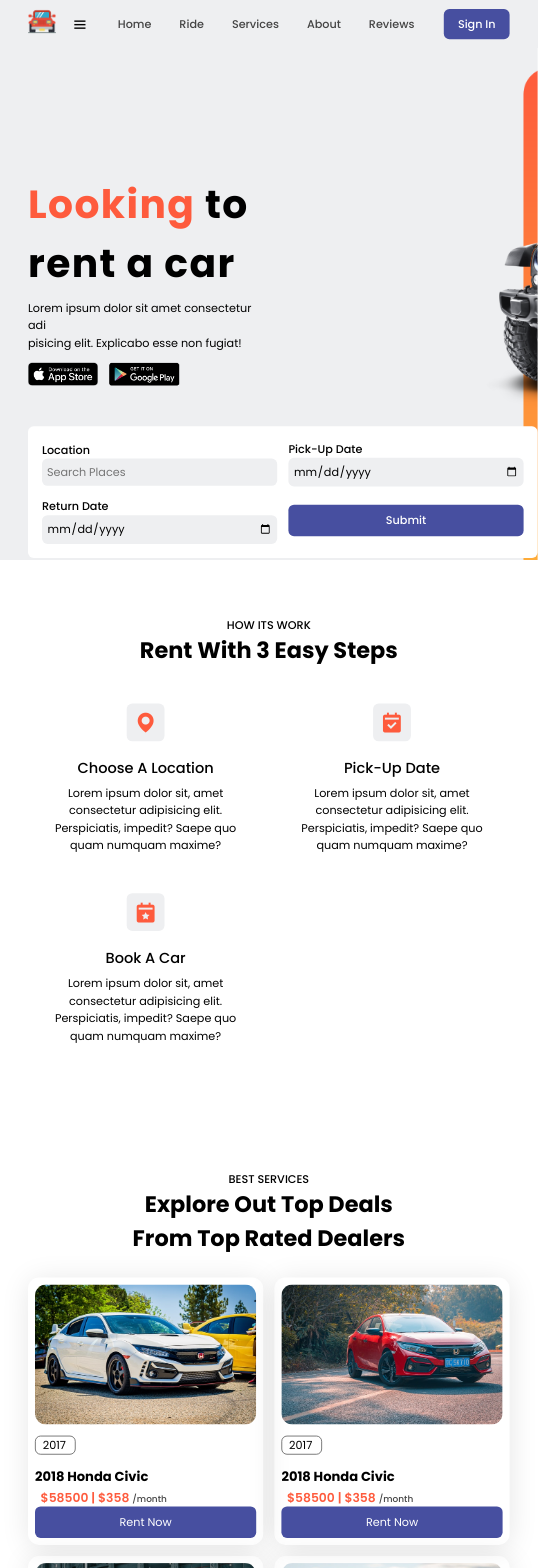
Repository: douglasabnovato/car-rental
Page: index.html
The author's editor kept a copy of each file at every save. The page is drawn from the files as they stood at one save, then again after the next save.
The browser window is 768 px wide. The pictures show the part of the page from y = 0 to 2240 px (the page is 4778 px tall), at 70% of full size.

Above is the page before, as saved 2025-05-16 21:33:40.

### index.html
<!DOCTYPE html>
<html lang="en">
  <head>
    <meta charset="UTF-8" />
    <meta name="viewport" content="width=device-width, initial-scale=1.0" />
    <title>Car Rental</title>
    <link
      rel="stylesheet"
      href="https://cdn.jsdelivr.net/npm/boxicons@latest/css/boxicons.min.css"
    />
    <link rel="stylesheet" href="./style.css" />
  </head>
  <body>
    <!-- Header -->
    <header>
      <a href="#" class="logo"
        ><img src="./assets/jeep.png" alt="logo da car rental" srcset=""
      /></a>
      <div class="bx bx-menu" id="menu-icon"></div>
      <ul class="navbar">
        <li><a href="#home">Home</a></li>
        <li><a href="#ride">Ride</a></li>
        <li><a href="#services">Services</a></li>
        <li><a href="#about">About</a></li>
        <li><a href="#reviews">Reviews</a></li>
      </ul>
      <div class="header-btn">
        <a href="#" class="sign-up">Sign Up</a>
        <a href="#" class="sign-in">Sign In</a>
      </div>
    </header>

    <!-- Home -->
    <section class="home" id="home">
      <div class="text">
        <h1>
          <span>Looking</span> to <br />
          rent a car
        </h1>
        <p>
          Lorem ipsum dolor sit amet consectetur adi <br />
          pisicing elit. Explicabo esse non fugiat!
        </p>
        <div class="app-stores">
          <img src="./assets/ios.png" alt="" />
          <img src="./assets/play.png" alt="" />
        </div>
      </div>
      <div class="form-container">
        <form action="">
          <div class="input-box">
            <span>Location</span>
            <input type="search" name="" id="" placeholder="Search Places" />
          </div>
          <div class="input-box">
            <span>Pick-Up Date</span>
            <input type="date" name="" id="" />
          </div>
          <div class="input-box">
            <span>Return Date</span>
            <input type="date" name="" id="" />
          </div>
          <input type="submit" name="" id="" class="btn" />
        </form>
      </div>
    </section>

    <!-- Ride -->
    <section class="ride" id="ride">
      <div class="heading">
        <span>How Its Work</span>
        <h1>Rent With 3 Easy Steps</h1>
      </div>
      <div class="ride-container">
        <div class="box">
          <i class="bx bxs-map"></i>
          <h2>Choose A Location</h2>
          <p>
            Lorem ipsum dolor sit, amet consectetur adipisicing elit.
            Perspiciatis, impedit? Saepe quo quam numquam maxime?
          </p>
        </div>
        <div class="box">
          <i class="bx bxs-calendar-check"></i>
          <h2>Pick-Up Date</h2>
          <p>
            Lorem ipsum dolor sit, amet consectetur adipisicing elit.
            Perspiciatis, impedit? Saepe quo quam numquam maxime?
          </p>
        </div>
        <div class="box">
          <i class="bx bxs-calendar-star"></i>
          <h2>Book A Car</h2>
          <p>
            Lorem ipsum dolor sit, amet consectetur adipisicing elit.
            Perspiciatis, impedit? Saepe quo quam numquam maxime?
          </p>
        </div>
      </div>
    </section>

    <!-- Services -->
    <section class="services" id="services">
      <div class="heading">
        <span>Best Services</span>
        <h1>
          Explore Out Top Deals <br />
          From Top Rated Dealers
        </h1>
      </div>
      <div class="services-container">
        <div class="box">
          <div class="box-img">
            <img src="./assets/car1.jpg" alt="car1" />
          </div>
          <p>2017</p>
          <h3>2018 Honda Civic</h3>
          <h2>$58500 | $358 <span> /month</span></h2>
          <a href="#" class="btn">Rent Now</a>
        </div>

        <div class="box">
          <div class="box-img">
            <img src="./assets/car2.jpg" alt="car1" />
          </div>
          <p>2017</p>
          <h3>2018 Honda Civic</h3>
          <h2>$58500 | $358 <span> /month</span></h2>
          <a href="#" class="btn">Rent Now</a>
        </div>

        <div class="box">
          <div class="box-img">
            <img src="./assets/car3.jpg" alt="car1" />
          </div>
          <p>2017</p>
          <h3>2018 Honda Civic</h3>
          <h2>$58500 | $358 <span> /month</span></h2>
          <a href="#" class="btn">Rent Now</a>
        </div>

        <div class="box">
          <div class="box-img">
            <img src="./assets/car4.jpg" alt="car1" />
          </div>
          <p>2017</p>
          <h3>2018 Honda Civic</h3>
          <h2>$58500 | $358 <span> /month</span></h2>
          <a href="#" class="btn">Rent Now</a>
        </div>

        <div class="box">
          <div class="box-img">
            <img src="./assets/car5.jpg" alt="car1" />
          </div>
          <p>2017</p>
          <h3>2018 Honda Civic</h3>
          <h2>$58500 | $358 <span> /month</span></h2>
          <a href="#" class="btn">Rent Now</a>
        </div>

        <div class="box">
          <div class="box-img">
            <img src="./assets/car6.jpg" alt="car1" />
          </div>
          <p>2017</p>
          <h3>2018 Honda Civic</h3>
          <h2>$58500 | $358 <span> /month</span></h2>
          <a href="#" class="btn">Rent Now</a>
        </div>
      </div>
    </section>

    <!-- About -->
    <section class="about" id="about">
      <div class="heading">
        <span>About Us</span>
        <h1>Best Customer Experience</h1>
      </div>
      <div class="about-container">
        <div class="about-img">
          <img src="./assets/about.png" alt="" />
        </div>
        <div class="about-text">
          <span>About Us</span>
          <p>
            Lorem ipsum dolor sit amet consectetur adipisicing elit. Nemo atque
            quidem excepturi sunt est qui corporis iusto quo nobis vitae
            molestias veniam deleniti fugiat, beatae iste doloribus rerum
            officiis iure voluptates perferendis eaque ratione?
          </p>
          <a href="#" class="btn">Learn More</a>
        </div>
      </div>
    </section>

    <!-- Reviews -->
    <section class="reviews" id="reviews">
      <div class="heading">
        <span>Reviews</span>
        <h1>Whats Our Customer Say</h1>
      </div>
      <div class="reviews-container">
        <div class="box">
          <div class="rev-img">
            <img src="./assets/rev1.jpg" alt="" />
          </div>
          <h2>Someone Name</h2>
          <div class="stars">
            <i class="bx bxs-star"></i>
            <i class="bx bxs-star"></i>
            <i class="bx bxs-star"></i>
            <i class="bx bxs-star"></i>
            <i class="bx bxs-star-half"></i>
          </div>
          <p>
            Lorem ipsum dolor sit amet consectetur adipisicing elit. Explicabo
            qui similique laborum hic molestiae. Quaerat ipsa cum sit.
          </p>
        </div>
        <div class="box">
          <div class="rev-img">
            <img src="./assets/rev2.jpg" alt="" />
          </div>
          <h2>Someone Name</h2>
          <div class="stars">
            <i class="bx bxs-star"></i>
            <i class="bx bxs-star"></i>
            <i class="bx bxs-star"></i>
            <i class="bx bxs-star"></i>
            <i class="bx bxs-star-half"></i>
          </div>
          <p>
            Lorem ipsum dolor sit amet consectetur adipisicing elit. Explicabo
            qui similique laborum hic molestiae. Quaerat ipsa cum sit.
          </p>
        </div>
        <div class="box">
          <div class="rev-img">
            <img src="./assets/rev3.jpg" alt="" />
          </div>
          <h2>Someone Name</h2>
          <div class="stars">
            <i class="bx bxs-star"></i>
            <i class="bx bxs-star"></i>
            <i class="bx bxs-star"></i>
            <i class="bx bxs-star"></i>
            <i class="bx bxs-star-half"></i>
          </div>
          <p>
            Lorem ipsum dolor sit amet consectetur adipisicing elit. Explicabo
            qui similique laborum hic molestiae. Quaerat ipsa cum sit.
          </p>
        </div>
      </div>
    </section>

    <!-- Newsletter -->
    <section class="newsletter">
      <h2>Subscribe To Newsletter</h2>
      <div class="box">
        <input type="text" placeholder="Enter Your E-mail ..." />
        <a href="#" class="btn">Subscribe</a>
      </div>
    </section>

    <!-- Copyright -->
    <div class="copyright">
      <p>&#169; @douglasabnovato All Right Reserved</p>
      <div class="social">
        <a href="#"><i class="bx bxl-facebook"></i></a>
        <a href="#"><i class="bx bxl-twitter"></i></a>
        <a href="#"><i class="bx bxl-instagram"></i></a>
      </div>
    </div>

    <!-- Link to JS -->
    <script src="./script.js"></script>
  </body>
</html>

### style.css
@import url("https://fonts.googleapis.com/css2?family=Noto+Sans:ital,wght@0,100..900;1,100..900&family=Poppins:ital,wght@0,100;0,200;0,300;0,400;0,500;0,600;0,700;0,800;0,900;1,100;1,200;1,300;1,400;1,500;1,600;1,700;1,800;1,900&display=swap");

* {
  margin: 0;
  padding: 0;
  box-sizing: border-box;
  scroll-padding-top: 2rem;
  scroll-behavior: smooth;
  list-style: none;
  text-decoration: none;
  font-family: "Poppins", sans-serif;
}

:root {
  --main-color: #fe5b3d;
  --second-color: #ffac38;
  --text-color: #444;
  --gradient: linear-gradient(#fe5b3d, #ffac38);
}

html::-webkit-scrollbar {
  width: 0.5rem;
}

html::-webkit-scrollbar-track {
  background: transparent;
}

html::-webkit-scrollbar-thumb {
  background: var(--main-color);
  border-radius: 5rem;
}

section {
  padding: 50px 100px;
}

/* Header */

header {
  position: fixed;
  width: 100%;
  top: 0;
  right: 0;
  z-index: 1000;
  display: flex;
  align-items: center;
  justify-content: space-between;
  background: #eeeff1;
  padding: 15px 100px;
}

.logo img {
  width: 40px;
}

.navbar {
  display: flex;
}

.navbar li {
  position: relative;
}

.navbar a {
  font-size: 1rem;
  padding: 10px 20px;
  color: var(--text-color);
  font-weight: 500;
}

.navbar a:after {
  content: "";
  width: 0;
  height: 3px;
  background: var(--gradient);
  position: absolute;
  bottom: -4px;
  left: 0;
  transition: 0.5s;
}

.navbar a:hover::after {
  width: 100%;
}

#menu-icon {
  font-size: 24px;
  cursor: pointer;
  z-index: 10001;
  display: none;
}

.header-btn a {
  padding: 10px 20px;
  color: var(--text-color);
  font-weight: 500;
}

.header-btn .sign-in {
  background: #474fa0;
  color: #fff;
  border-radius: 0.5rem;
}

.header-btn .sign-in:hover {
  background: var(--main-color);
}

/* Home */
.home {
  width: 100%;
  min-height: 100vh;
  position: relative;
  background: url(./assets/Car\ Website\ –\ 1@2x.png);
  background-repeat: no-repeat;
  background-position: center right;
  background-size: cover;
  display: grid;
  align-items: center;
  grid-template-columns: repeat(2, 1fr);
}

.text h1 {
  font-size: 3.5rem;
  letter-spacing: 2px;
}

.text span {
  color: var(--main-color);
}

.text p {
  margin: 0.5rem 0 1rem;
}

.app-stores {
  display: flex;
}

.app-stores img {
  width: 100px;
  margin-right: 1rem;
  cursor: pointer;
}

.form-container form {
  display: flex;
  flex-wrap: wrap;
  align-items: center;
  gap: 1rem;
  position: absolute;
  bottom: 4rem;
  left: 100px;
  background: #fff;
  padding: 20px;
  border-radius: 0.5rem;
}

.input-box {
  flex: 1 1 7rem;
  display: flex;
  flex-direction: column;
}

.input-box span {
  font-weight: 500;
}

.input-box input {
  padding: 7px;
  outline: none;
  border: none;
  background: #eeeff1;
  border-radius: 0.5rem;
  font-size: 1rem;
}

.form-container form .btn {
  flex: 1 1 7rem;
  padding: 10px 34px;
  border: none;
  border-radius: 0.5rem;
  background: #474fa0;
  color: #fff;
  font-size: 1rem;
  font-weight: 500;
}

.form-container form .btn:hover {
  background: var(--main-color);
  cursor: pointer;
}

/* Ride */
.heading {
  text-align: center;
}

.heading span {
  font-weight: 500;
  text-transform: uppercase;
}

.heading h1 {
  font-size: 2rem;
}

.ride-container {
  display: grid;
  align-items: center;
  grid-template-columns: repeat(auto-fit, minmax(250px, auto));
  gap: 1rem;
  margin-top: 2rem;
}

.ride-container .box {
  text-align: center;
  padding: 20px;
}

.ride-container .box .bx {
  font-size: 34px;
  padding: 10px;
  background: #eeeff1;
  border-radius: 0.5rem;
  color: var(--main-color);
}

.ride-container .box h2 {
  font-size: 1.3rem;
  font-weight: 500;
  margin: 1.4rem 0 0.5rem;
}

.ride-container .box .bx:hover,
.ride-container .box .bx .bxs-calendar-star {
  background: var(--gradient);
  color: #fff;
}

/* Services */
.services-container {
  display: grid;
  grid-template-columns: repeat(auto-fit, minmax(300px, auto));
  gap: 1rem;
  margin-top: 2rem;
}

.services-container .box {
  padding: 10px;
  border-radius: 1rem;
  box-shadow: 1px 4px 41px rgba(0, 0, 0, 0.1);
}

.services-container .box .box-img {
  width: 100%;
  height: 200px;
}

.services-container .box .box-img img {
  width: 100%;
  height: 100%;
  border-radius: 1rem;
  object-fit: cover;
  object-position: center;
}

.services-container .box p {
  padding: 0 10px;
  border: 1px solid var(--text-color);
  width: 58px;
  border-radius: 0.5rem;
  margin: 1rem 0 1rem;
}

.services-container .box h2 {
  font-size: 1.1rem;
  font-weight: 600;
  color: var(--main-color);
  margin: 0.2rem 0 0 0.5rem;
}

.services-container .box h2 span {
  font-size: 0.8rem;
  font-weight: 500;
  color: var(--text-color);
}

.services-container .box .btn {
  display: flex;
  justify-content: center;
  background: #474fa0;
  color: #fff;
  padding: 10px;
  border-radius: 0.5rem;
}

.services-container .box .btn:hover {
  background: var(--main-color);
}

/* About */
.about-container {
  display: grid;
  grid-template-columns: repeat(2, 1fr);
  margin-top: 2rem;
  align-items: center;
  gap: 1rem;
}

.about-img img {
  width: 100%;
}

.about-text span {
  font-weight: 500;
  color: var(--main-color);
  text-transform: uppercase;
}

.about-text p {
  margin: 0.5rem 0 1.4rem;
}

.about-text .btn {
  padding: 10px 20px;
  background: #474fa0;
  color: #fff;
  border-radius: 0.5rem;
}

.about-text .btn:hover {
  background: var(--main-color);
}

/* Review */
.reviews-container {
  display: grid;
  grid-template-columns: repeat(auto-fit, minmax(250px, auto));
  gap: 1rem;
  margin-top: 2rem;
}

.rev-img {
  width: 70px;
  height: 70px;
}

.rev-img img {
  width: 100%;
  height: 100%;
  border-radius: 50%;
  object-fit: cover;
  object-position: center;
  border: 2px solid var(--second-color);
}

.reviews-container .box {
  display: flex;
  flex-direction: column;
  align-items: center;
  text-align: center;
  padding: 20px;
  box-shadow: 1px 4px 41px rgba(0, 0, 0, 0.1);
  border-radius: 0.5rem;
}

.reviews-container .box h2 {
  font-size: 1.1rem;
  font-weight: 600;
  margin: 0.5rem 0 0.5rem;
}

.reviews-container .box p {
  font-style: italic;
}

.reviews-container .box .stars .bx {
  color: var(--main-color);
}

/* Newsletter */
.newsletter {
  background: linear-gradient(to top right, #fe5b3d, #ffac38);
  display: flex;
  flex-direction: column;
  align-items: center;
}

.newsletter h2 {
  color: #fff;
  font-size: 1.8rem;
}

.newsletter .box {
  margin-top: 1rem;
  background: #fff;
  border-radius: 0.5rem;
  padding: 4px 8px;
  width: 350px;
  display: flex;
  justify-content: space-between;
}

.newsletter .box input {
  border: none;
  outline: none;
}

.newsletter .box .btn {
  background: #474fa0;
  color: #fff;
  padding: 8px 20px;
  border-radius: 0.5rem;
}

/* Copyright */
.copyright {
  padding: 20px;
  display: flex;
  justify-content: space-between;
  align-items: center;
}

.social a {
  color: #444;
  padding: 10px;
  font-size: 21px;
  transition: font-size 2s;
}

.social a:hover {
  font-size: 24px;
  color: #fe5b3d;
}

/* Responsive */

@media (max-width: 991px){
    header {
        padding: 18px 40px;
    }
    section {
        padding: 80px 40px;
    }
}

@media (max-width: 891px){
    .home {
        background-position: left;
    }
    .form-container form {
        bottom: .2rem;
        left: 40px;
    }
}

@media (max-width: 768px){
    header {
        padding: 11px 40px;
    }

    #menu-icon {
        display: initial;
    }

    .sign-up{
        display: none;
    }
}

Loaded but not shown: script.js (no stored copy; drawn as an empty file)

After the next save:
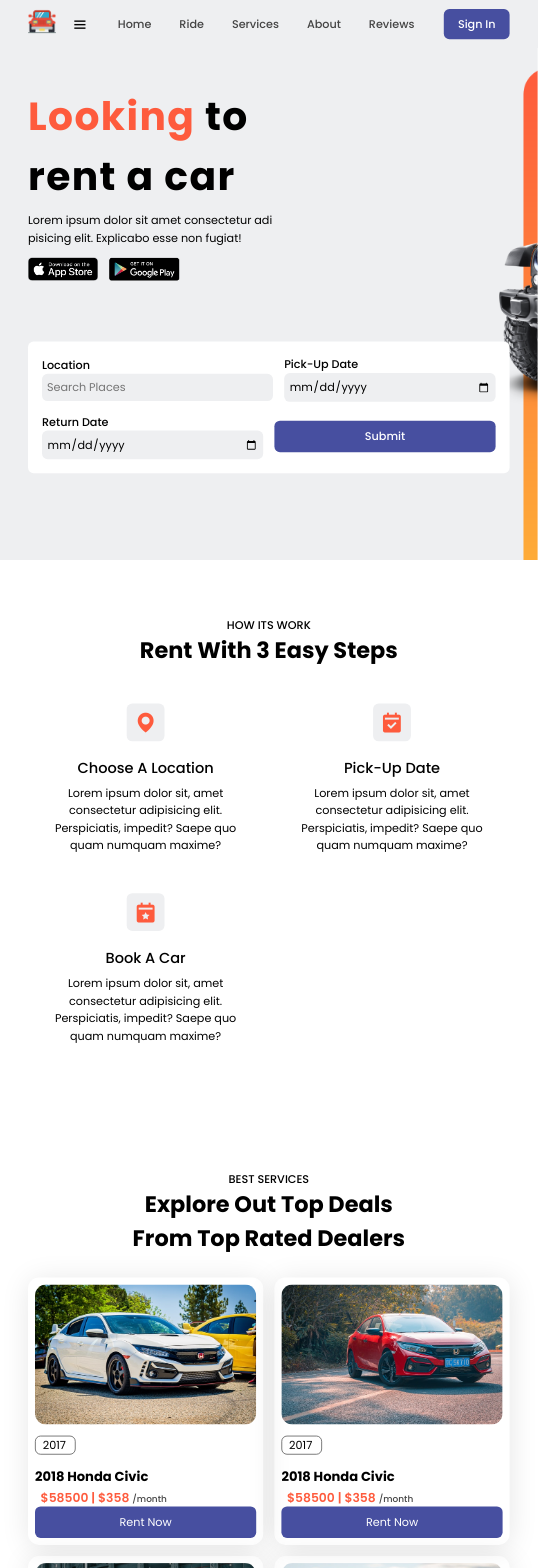
Saved 2 min 5 s later.
--- a/style.css
+++ b/style.css
@@ -468,4 +468,16 @@ header {
     .sign-up{
         display: none;
     }
-}
+
+    .text h2 {
+        font-size: 2.5rem;
+    }
+
+    .home {
+        grid-template-columns: 1fr;
+    }
+
+    .form-container form {
+        position: unset;
+    }
+}
